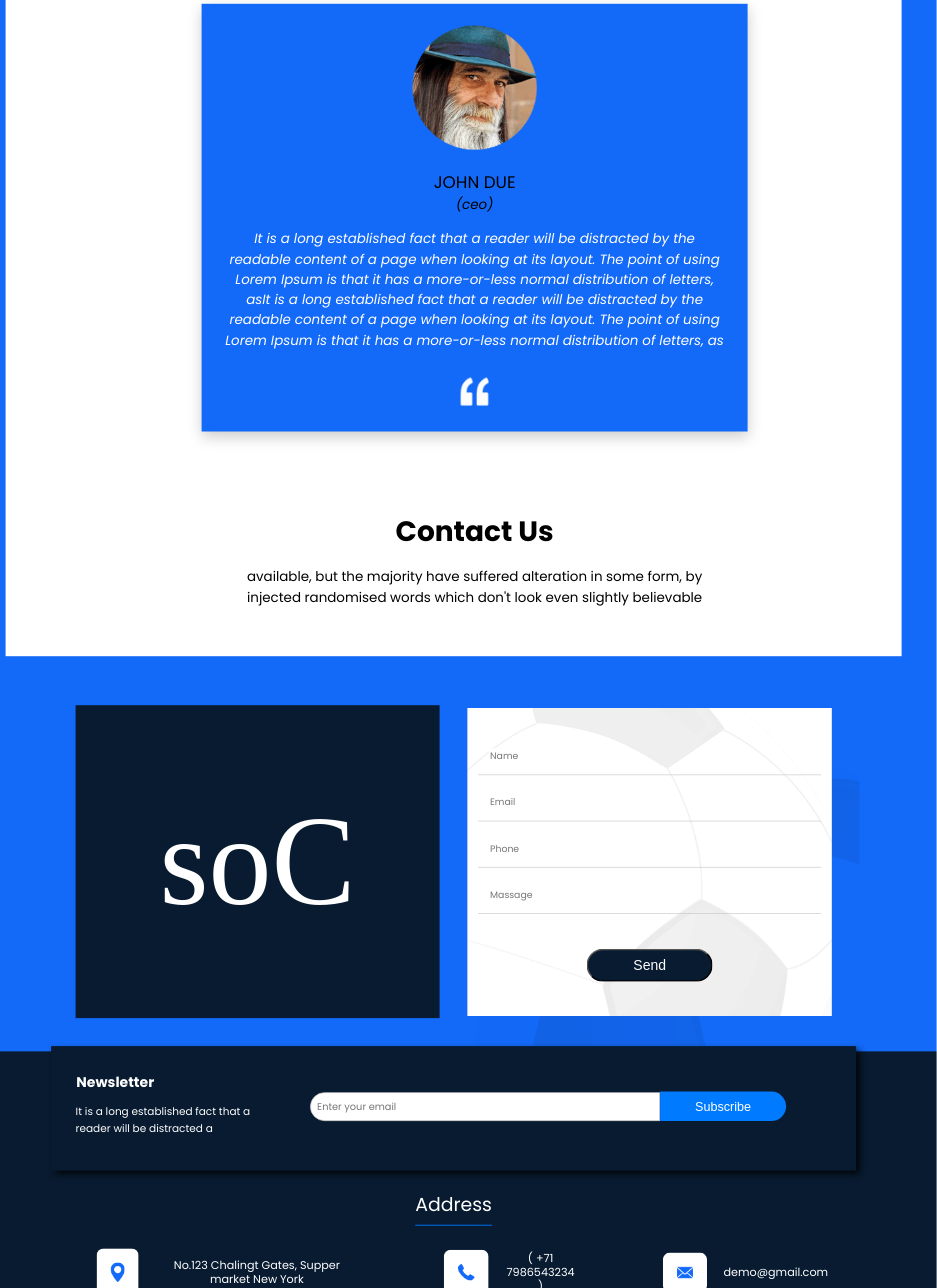
Repository: Vinicius9922/Projeto-Web
Page: index.html
The author's editor kept a copy of each file at every save. The page is drawn from the files as they stood at one save, then again after a run of saves.
The browser window is 1280 px wide. The page is 1338 px wide, so the pictures cover 1338 px, including what lies to the right of the window. The pictures show the part of the page from y = 2978 to 4818 px (the page is 4979 px tall before and 4973 px after), at 70% of full size.

Above is the page before, as saved 2024-12-14 13:13:35.

After the next 2 saves:
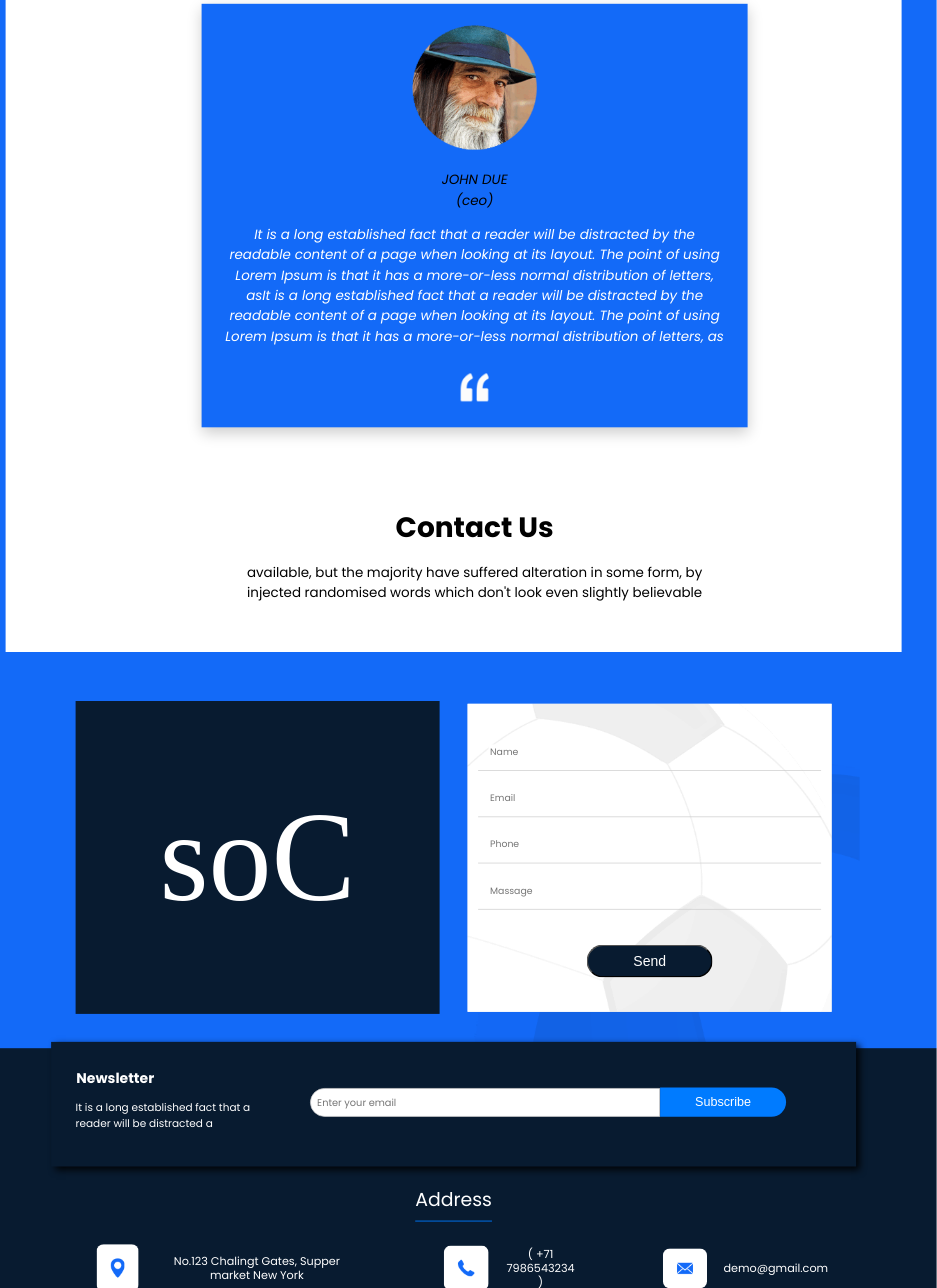
The 2 saves are shown as one change because they came seconds apart.
The last was saved 7 s later.
--- a/index.html
+++ b/index.html
@@ -127,7 +127,7 @@
 
         <div class="Jao">
             <div class="john_image"><img src="img/john-image.png"></div>
-            <div class="john_text"><span></span>JOHN DUE<span>(ceo)</span></div>
+            <div class="john_text"><span>JOHN DUE</span><span>(ceo)</span></div>
             <p class="texto-generico">It is a long established fact that a reader will be distracted by the readable
                 content of a page when looking at its layout. The point of using Lorem Ipsum is that it has a
                 more-or-less normal distribution of letters, asIt is a long established fact that a reader will be
